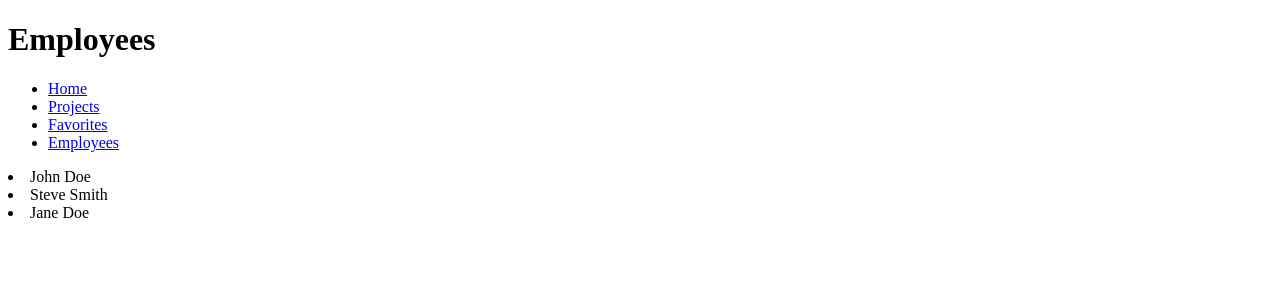
Repository: Kayla-amr/workApp
Page: client/employees.html
These files come from the project's save history. The page is drawn as it stood at one moment and after a run of saves; the edit follows.
The browser window is 1280 px wide. The pictures show the whole page.

Above is the page before, as saved 2023-12-04 06:03:45.
Console error: ReferenceError: employee is not defined

After the next 4 saves:
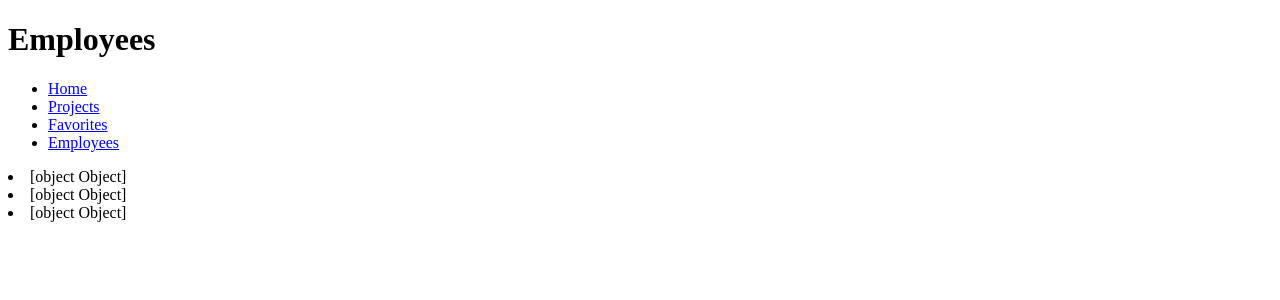
The 4 saves are shown as one change because they came seconds apart.
The last was saved 13 s later.
--- a/client/src/main.js
+++ b/client/src/main.js
@@ -68,8 +68,11 @@ let equipmentList = document.querySelector('.equipment');
 function createEmployeeLi(employee) {
     let li = document.createElement('li');
     li.setAttribute('id', employee.id);
-    li.innerText = employee.name;
-    li.in
+    li.innerText = {
+        name: employee.name,
+        title: employee.title,
+        pay: employee.pay
+    }
     return li;
 }
 
